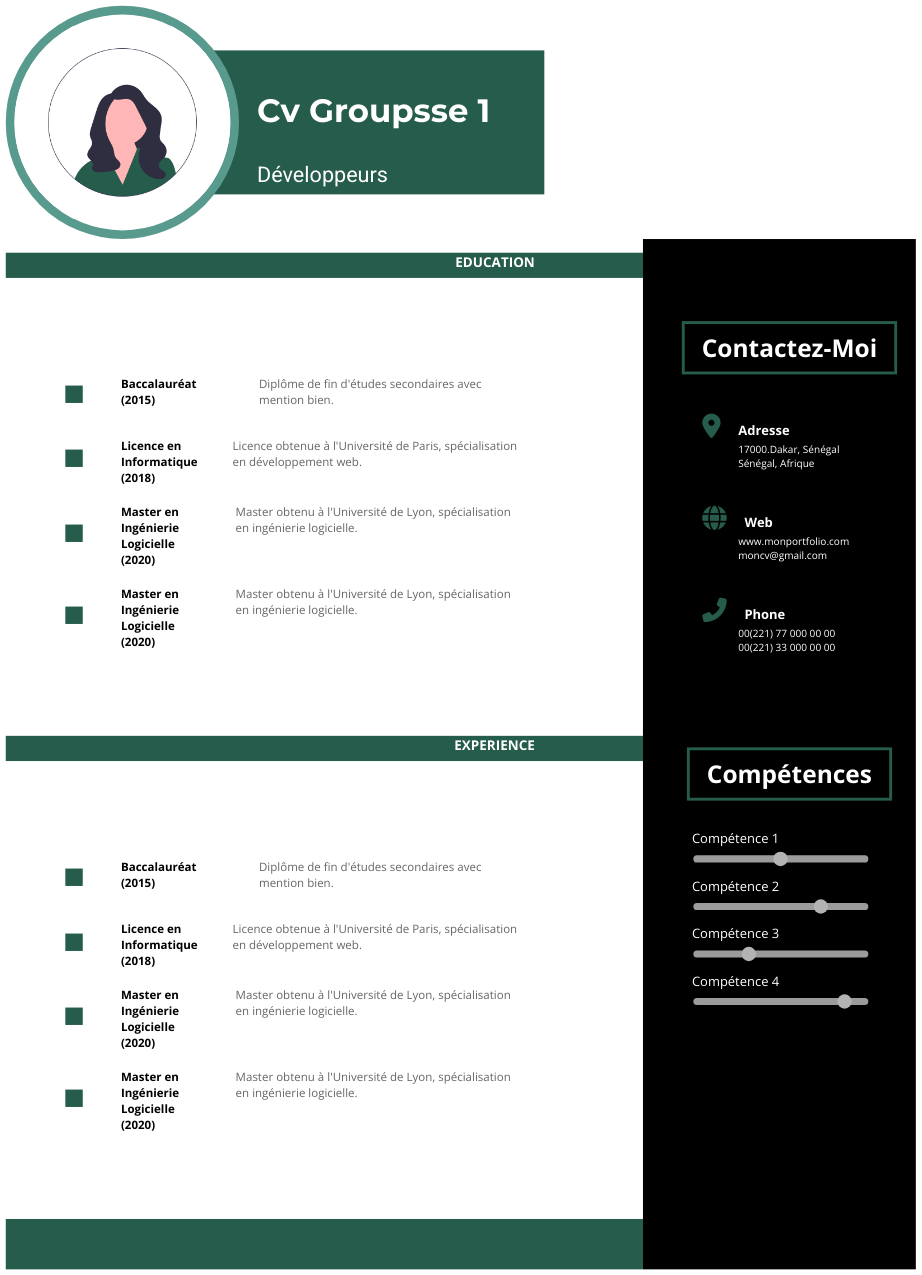
Repository: NdiongueFH/Mon_CV
Page: CV_Groupe1.html
These files come from the project's save history. The page is drawn as it stood at one moment and after the next save; the edit follows.
The browser window is 1280 px wide. The pictures show the whole page, at 72% of full size.

Above is the page before, as saved 2024-08-04 22:11:45.

### CV_Groupe1.html
<!DOCTYPE html>
<html lang="fr">
<head>
    <meta charset="UTF-8">
    <meta name="viewport" content="width=device-width, initial-scale=1.0">
    <!--Lin Font Awesome-->
    <link rel="stylesheet" href="https://cdnjs.cloudflare.com/ajax/libs/font-awesome/6.0.0-beta3/css/all.min.css">
    <!--Intégration de police d'écriture via un lien web-->
    <link href="https://fonts.googleapis.com/css2?family=Montserrat:wght@400;700&family=Open+Sans:wght@400;700&family=Roboto:wght@400;500&display=swap" rel="stylesheet">
    <!--Intégration de notre lien CSS-->
    <link rel="stylesheet" href="CV_Groupe1.css">
    <title>MON CV</title>

</head>
<body>
    <!--section principale-->
    <section id="principal">

        <!--Début Partie Ndiawar-->

        <!--la partie profile de notre cv-->
        <section id="profile">
            <!--identité-->
            <div id="identite">
                <!--image-->
                <div class="image">
                    <img id="image_profil" src="./image/profil.png" alt="" sizes="30" srcset="">
                </div>
                <!--fin image-->
                <!--debut nom-->
                <div class="nom">
                    <h1 id="name_cv">Cv Groupsse 1</h1>
                    <span id="function">Développeurs</span>
                </div>
                <!--fin nom-->
            </div>
            <!--fin identité-->
        </section>
        <!--fin de la partie profile-->

        <!--Fin Partie Ndiawar Diop-->


        <!--le debut du corp de notre cv-->
        <section  id="renseignement">
            <!--corp -->
            <div id="corps">
                <!--debut blanc-->
                <div class="blanc">


                    <!--Début Partie Anta Maguette Faye-->


                    <!--education-->
                    <div class="edu_exp">
                        <!--titre education-->
                        <div class="titre_edu_exp">
                            <h1 class="h1_titr">
                                EDUCATION
                            </h1>
                        </div>
                        <!--fin titre education-->
                        <!--parti education-->
                        <div id="info_edu">
                            <ul class="liste-diplomes">
                                <li>
                                    <div class="info">
                                        <span class="diplome">Baccalauréat</span>
                                        <span class="annee">(2015)</span>
                                    </div>
                                    <p class="description">Diplôme de fin d'études secondaires avec mention bien.</p>
                                </li>
                                <li>
                                    <div class="info">
                                        <span class="diplome">Licence en Informatique</span>
                                        <span class="annee">(2018)</span>
                                    </div>
                                    <p class="description">Licence obtenue à l'Université de Paris, spécialisation en développement web.</p>
                                </li>
                                <li>
                                    <div class="info">
                                        <span class="diplome">Master en Ingénierie Logicielle</span>
                                        <span class="annee">(2020)</span>
                                    </div>
                                    <p class="description">Master obtenu à l'Université de Lyon, spécialisation en ingénierie logicielle.</p>
                                </li>
                                <li>
                                    <div class="info">
                                        <span class="diplome">Master en Ingénierie Logicielle</span>
                                        <span class="annee">(2020)</span>
                                    </div>
                                    <p class="description">Master obtenu à l'Université de Lyon, spécialisation en ingénierie logicielle.</p>
                                </li>
                            </ul>
                        </div>
                        <!--fin parti education-->
                    </div>
                    <!--fin education-->


                    <!--Fin Partie Anta Maguette Faye-->

                    <!--Début Partie Fatoumata Hawa Ndiongue-->

                    <!--experience-->
                    <div class="edu_exp" >
                        <!--titre experience-->
                        <div class="titre_edu_exp">
                            <h1 class="h1_titr">
                                EXPERIENCE
                            </h1>
                        </div>
                        <!--fin titre experience-->
                        <!--parti experience-->
                        <div id="info_exp">
                            <ul class="liste-diplomes">
                                <li>
                                    <div class="info">
                                        <span class="diplome">Baccalauréat</span>
                                        <span class="annee">(2015)</span>
                                    </div>
                                    <p class="description">Diplôme de fin d'études secondaires avec mention bien.</p>
                                </li>
                                <li>
                                    <div class="info">
                                        <span class="diplome">Licence en Informatique</span>
                                        <span class="annee">(2018)</span>
                                    </div>
                                    <p class="description">Licence obtenue à l'Université de Paris, spécialisation en développement web.</p>
                                </li>
                                <li>
                                    <div class="info">
                                        <span class="diplome">Master en Ingénierie Logicielle</span>
                                        <span class="annee">(2020)</span>
                                    </div>
                                    <p class="description">Master obtenu à l'Université de Lyon, spécialisation en ingénierie logicielle.</p>
                                </li>
                                <li>
                                    <div class="info">
                                        <span class="diplome">Master en Ingénierie Logicielle</span>
                                        <span class="annee">(2020)</span>
                                    </div>
                                    <p class="description">Master obtenu à l'Université de Lyon, spécialisation en ingénierie logicielle.</p>
                                </li>
                            </ul>
                        </div>
                        <!--fin parti experience-->
                    </div>
                    <!--fin experience-->

                    <!--Début Footer-->
                    <div id="footer">

                    </div>
                    <!--Fin Footer-->

                    <!--Fin Partie Fatoumata Hawa Ndiongue-->

                </div>
                <!--fin blanc-->

                <!--Début Moustapha Dieng-->


                <!--debut noir-->
                <div class="noir">
                    <!--contact-->
                    <div class="contact">
                        <!--titre contact-->
                        <div class="title">
                            <h1 class="titre_contact_skill">
                                Contactez-Moi
                            </h1>
                        </div>
                        <!--fin titre contact-->
                        <!-- donnee contact-->
                        <div class="donnees_contact">
                            <ul class="list_contact">
                                <li>
                                    <p class="icon_contact">
                                        <i class="fas fa-map-marker-alt"></i> Adresse
                                    </p>
                                    <div class="contactez">
                                        <span class="detail">17000.Dakar, Sénégal</span>
                                        <span class="desc">Sénégal, Afrique</span>
                                    </div>
                                </li>
                            </ul>
                            <ul class="list_contact">
                                <li>
                                    <p class="icon_contact">
                                        <i class="fas fa-globe"></i> Web
                                    </p>
                                    <div class="contactez">
                                        <span class="detail">www.monportfolio.com</span>
                                        <span class="desc">moncv@gmail.com</span>
                                    </div>
                                </li>
                            </ul>
                            <ul class="list_contact">
                                <li>
                                    <p class="icon_contact">
                                        <i class="fas fa-phone-alt"></i> Phone
                                    </p>
                                    <div class="contactez">
                                        <span class="detail">00(221) 77 000 00 00</span>
                                        <span class="desc">00(221) 33 000 00 00</span>
                                    </div>
                                </li>
                            </ul>
                        </div>
                        <!-- End Contact Data -->
                    </div>
                        <!--fin donnee contact-->
                    <!--fin contact-->
                    <!--skill-->
                    <div class="contact">
                        <!--titre skill-->
                        <!--titre contact-->
                        <div class="title">
                            <h1 class="titre_contact_skill">
                                Compétences
                            </h1>
                        </div>
                        <!--fin titre contact-->
                        <!--fin titre skill-->
                        <!--donné skill-->
                        <div class="donnees_skill">
                            <form>
                                <!-- Skill 1 -->
                                <div class="skill">
                                    <label for="skill1">Compétence 1</label>
                                    <input type="range" id="skill1" name="skill1" min="0" max="100" value="50" step="1">
                                </div>

                                <!-- Skill 2 -->
                                <div class="skill">
                                    <label for="skill2">Compétence 2</label>
                                    <input type="range" id="skill2" name="skill2" min="0" max="100" value="75" step="1">
                                </div>

                                <!-- Skill 3 -->
                                <div class="skill">
                                    <label for="skill3">Compétence 3</label>
                                    <input type="range" id="skill3" name="skill3" min="0" max="100" value="30" step="1">
                                </div>

                                <!-- Skill 4 -->
                                <div class="skill">
                                    <label for="skill4">Compétence 4</label>
                                    <input type="range" id="skill4" name="skill4" min="0" max="100" value="90" step="1">
                                </div>
                            </form>

                        </div>
                        <!--fin donné skill-->
                    </div>
                    <!--fin skill-->
                    <!--resaux socio-->
                    <div id="resaux"></div>
                    <!--fin resaux socio-->
                </div>
                <!--fin noir-->

                <!--Fin Moustapha Dieng-->


            </div>
            <!--fin corp-->

        </section>
        <!--la fin du corp de notre cv-->
    </section>
    <!--Fin section principale-->

</body>
</html>

### CV_Groupe1.css
/*Le pseudo-élément `:root` en CSS permet de définir des variables globales pour un document,
représentant l'élément `<html>`. Utilisé pour centraliser la gestion des styles comme
les couleurs et les polices, il facilite la maintenance du CSS en rendant
les valeurs facilement réutilisables et modifiables dans toute la feuille de style.*/

:root {
    /* Définition des couleurs de base */
    --teal-1: #265C4B; /* Teal foncé */
    --teal-2: #146551; /* Teal moyen foncé */
    --teal-3: #007566; /* Teal vif */
    --teal-4: #589A8D; /* Teal clair */
    --teal-5: #fff; /* Blanc très clair */
    --Noir-6: #000000; /*Noir*/
    --Blanc-7: #ffffff; /*Blanc*/

    /* Utilisation des couleurs pour différents éléments */

    --color-title: var(--teal-1); /* Couleur pour les titres */
    --color-subtitle: var(--teal-3); /* Couleur pour les sous-titres */
    --color-paragraph: var(--teal-2); /* Couleur pour les paragraphes */
    --color-border: var(--teal-4); /* Couleur pour les bordures */
    --color-backgroundFoncé: var(--teal-1); /*Couleur de fond foncée*/
    --color-background: var(--teal-5); /* Couleur de fond général */
    --color-text: var(--Noir-6); /*Couleur pour le texte de fond*/
    --color-white: var(--Blanc-7); /*Couleur blanche pour les texte de fon d'une balise"*/
}

/*Intégration de nos polices d'écritures générales pour notre texte, titre et les sous-titres*/
:root {
    /* Polices */
    --font-title: 'Montserrat', sans-serif;
    --font-text: 'Open Sans', sans-serif;
    --font-subtitle: 'Roboto', sans-serif;

    /* Taille de police standard et poids */
    --font-size-normal: 16px; /* Taille de police standard pour le texte */
    --font-size-title: 28px; /* Taille de police pour les grands titres */
    --font-size-subtitle: 20px; /* Taille de police pour les sous-titres */
    --font-weight-normal: 400; /* Poids normal de la police */
    --font-weight-bold: 700; /* Poids en gras */
    /*Pour le profil la taile du nom et du sous-titre*/
    --font-size-titleProfil: 45px;
    --font-size-subtitleProfil: 30px;
}

/*Initialisation de notre body pour supprimer les marges et choix du type de police pour notre site*/
body {
    color: var(--color-text);
    background-color: var(--color-background);
    font-family: var(--font-text);
    font-size: var(--font-size-normal);
    font-weight: var(--font-weight-normal);
}

/*Partie Ndiawar Diop*/
    /*Début partie profil de Mon_CV*/

/*Div Identité*/
#identite {
    display: flex;
    align-items: center; /* Pour aligner verticalement les éléments à l'intérieur */
    background: none;
}
/*Image*/
.image {
    background-color: var(--color-background);
    border: 12px solid var(--color-border);
    width: 300px;  /* Assurez-vous que le conteneur est carré */
    height: 300px;
    border-radius: 50%;  /* Rend l'image ronde */
    overflow: hidden;  /* Cache les parties de l'image qui débordent */
    z-index: 2; /* Nous Plaçons l'image au-dessus de .nom */
    position: relative; /* Nécessaire pour appliquer z-index */
}

#image_profil {
    width: 100%;
    height: 100%;
    object-fit: contain;  /* Garantit que l'image couvre tout l'espace sans déformation */
}
/*Le nom du profil*/
.nom {
    background-color: var(--color-backgroundFoncé);
    width: 30%;
    height: 200px; /* Aligner la hauteur avec celle de l'image */
    display: flex;
    color: var(--color-white);
    flex-direction: column;
    justify-content: center;
    text-align: left;
    padding: 0 20px 0 75px;
    margin-left: -50px; /* Ajustement pour le chevauchement */
    z-index: 1; /* S'assurer que .nom se superpose à .image */
    position: relative;
}
#name_cv{
    font-family: var(--font-title);
    font-size: var(--font-size-titleProfil);
    font-weight: var(--font-weight-bold);
}
#function {
    font-family: var(--font-subtitle);
    font-size: var(--font-size-subtitleProfil);
    font-weight: var(--font-weight-normal);
}
    /*Fin Partie profil de Mon_Cv*/
/*Fin Partie Ndiawar Diop*/

/*Partie Section 2*/
#corps {
    display: flex;
}
.blanc {
    width: 70%;

}
    /*Partie Anta Maquette Faye
.titre_edu_exp {
}*/
.h1_titr {
    height: 35px;
    padding-right: 150px;
    background-color: var(--color-backgroundFoncé);
    text-align: right;
    color: var(--color-white);

}

    /*Partie Education*/
    #info_edu {
        max-width: 600px;
        margin: 120px;
    }
    #info_exp{
        max-width: 600px;
        margin: 120px;
    }
    .liste-diplomes li {
        display: flex;
        align-items: baseline;
        margin-bottom: 10px;
        position: relative; /* Position relative pour placer les puces */
    }

    .liste-diplomes li::before {
        content: "■"; /* Utiliser un carré comme puce */
        color: #265C4B; /* Teal foncé */
        font-size: 50px;
        position: absolute;
        left: -80px; /* Position de la puce */
        top: 50%;
        transform: translateY(-50%); /*Nous permet de déplacer le content */
    }

    .info {
        width: 200px; /* Largeur fixe pour le diplôme et l'année */
        font-weight: bold;
        display: flex;
        flex-direction: column;
        justify-content: left;
    }

    .diplome {
        margin-right: 10px; /* Espace entre le diplôme et l'année */
    }

    .description {
        margin-left: 15px; /* Espace entre l'info et la description */
        flex-grow: 1; /* Permet à la description de prendre le reste de l'espace */
        color: #666; /* Couleur de texte pour la description */
    }


    /*Footer*/
    #footer {
        height: 10px;
        padding: 30px;
        background-color: var(--color-backgroundFoncé);
    }

    /*Partie Noir*/
    .noir {
        width: 30%;
        background-color: var(--color-text);
        height: auto;
        color: var(--color-white);
    }
    .contact {
        display: flex;
        flex-direction: column;
        align-items: center; /* Center horizontally */
        justify-content: center; /* Center vertically (if height is set) */
        width: 80%; /* ou toute autre largeur appropriée */
        margin: 0 auto;
        padding-top: 80px;
        color: var(--color-white);
    }

    .titre_contact_skill {
        font-size: 34px;
        margin-bottom: 20px;
        text-align: center; /* Center the title text */
        border: 4px solid var(--color-backgroundFoncé);
        width: 100%; /* Ajuste selon tes besoins */
        padding: 10px;
    }

    .icon_contact i {
        margin: 0 20px 0 -50px;
        color: var(--color-backgroundFoncé); /* Assure-toi que les icônes sont blanches */
        font-size: 34px; /* Ajuste la taille si nécessaire */
    }

.donnees_contact {
    display: flex;
    flex-direction: column;
    align-items: flex-start; /* Align contact data to the left */
}

.list_contact {
    list-style: none;
    width: 100%;
}

.icon_contact {
    font-size: 18px;
    margin-bottom: 5px;
    font-weight: bold;
}

.contactez {
    font-size: 16px;
}

.detail, .desc {
    display: block;
    font-size: 14px;
}

.donnees_skill {
    width: 80%;
    margin: 0 auto;
    padding: 20px;
    color: var(--color-white);
    border-radius: 8px;
}

.form-title {
    text-align: center;
    font-size: 24px;
    margin-bottom: 20px;
}

.skill {
    margin-bottom: 15px;
}

.skill label {
    display: block;
    font-size: 18px;
    margin-bottom: 5px;
}

.skill input[type="range"] {
    width: 100%;
    -webkit-appearance: none;
    appearance: none;
    height: 10px;
    border-radius: 5px;
    background: #ddd;
    outline: none;
    opacity: 0.7;
    transition: opacity .2s;
}

.skill input[type="range"]::-webkit-slider-thumb {
    -webkit-appearance: none;
    appearance: none;
    width: 20px;
    height: 20px;
    border-radius: 50%;
    background: var(--color-white);
    cursor: pointer;
}

.skill input[type="range"]::-moz-range-thumb {
    width: 20px;
    height: 20px;
    border-radius: 50%;
    background: var(--color-white);
    cursor: pointer;
}

After the next save:
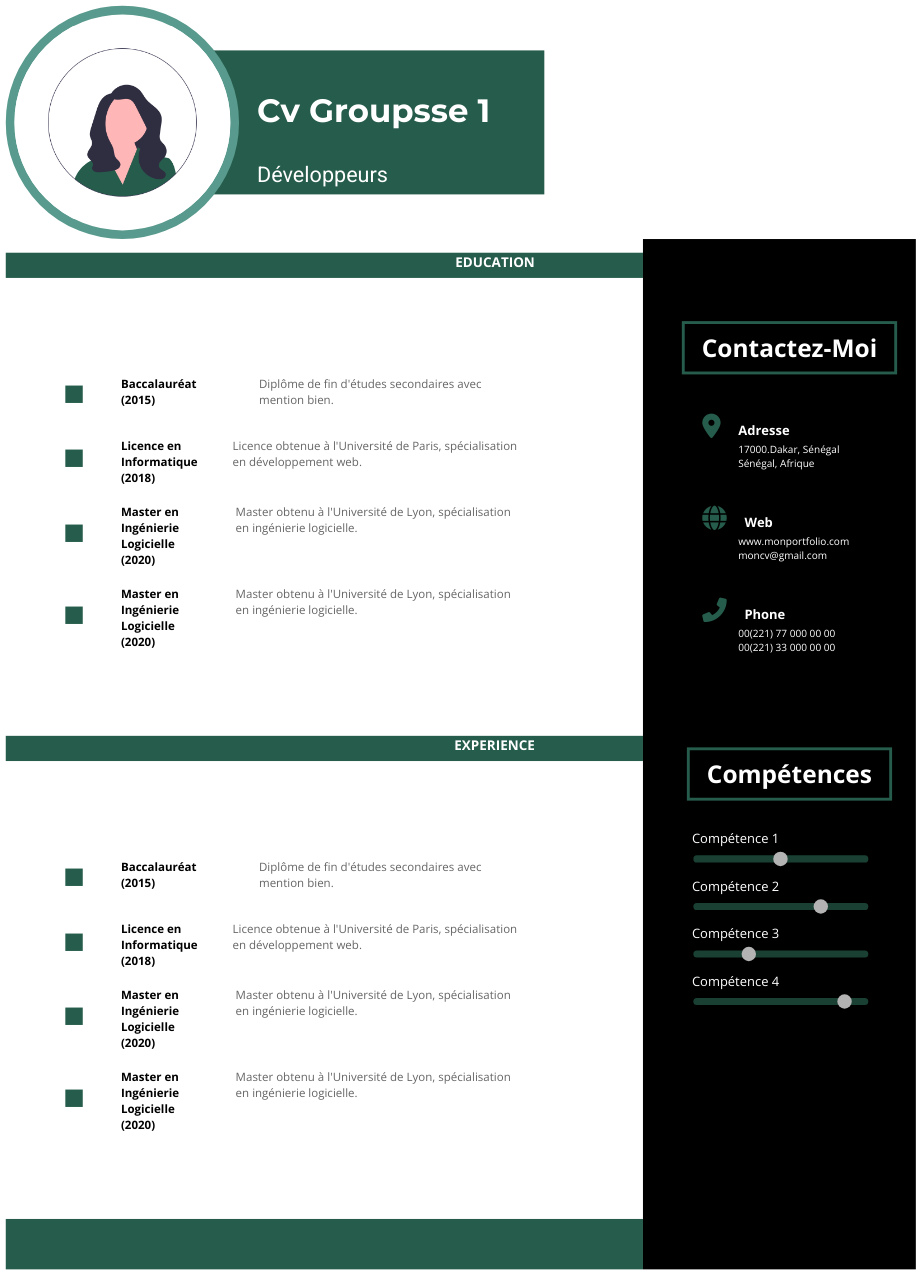
Saved 47 s later.
--- a/CV_Groupe1.css
+++ b/CV_Groupe1.css
@@ -267,7 +267,7 @@ body {
     appearance: none;
     height: 10px;
     border-radius: 5px;
-    background: #ddd;
+    background: var(--color-backgroundFoncé);
     outline: none;
     opacity: 0.7;
     transition: opacity .2s;
